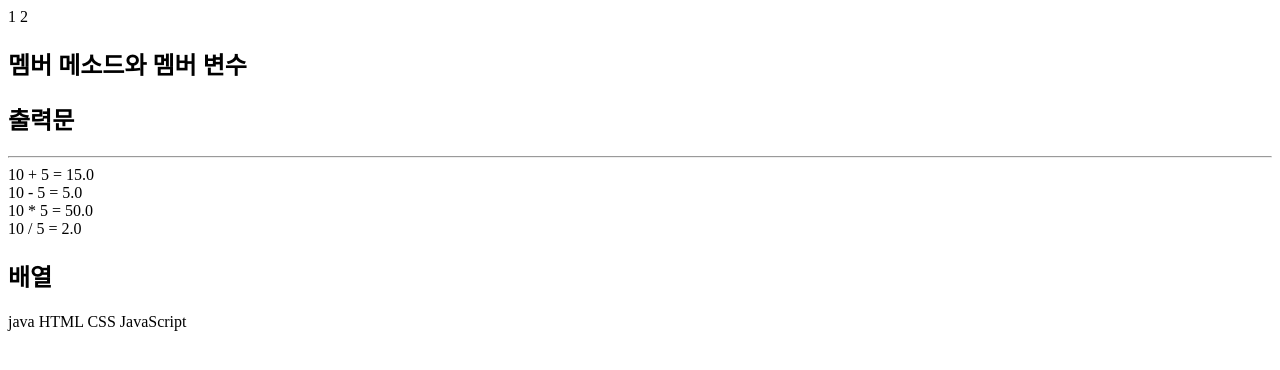
Repository: tldnwkd/jspclass2026
Page: http://localhost/chapter01/test04.jsp
An editor plug-in stored every save of this project. The page is shown before and after the next save, followed by the edit.
The browser window is 1280 px wide. The pictures show the whole page.
The page is served by Tomcat 9.

Above is the page before, as saved 2026-10-16 03:10:05.

### chapter01/src/main/webapp/test04.jsp
<%@ page language="java" contentType="text/html; charset=UTF-8"
    pageEncoding="UTF-8" import="java.util.*"%>
<!DOCTYPE html>
<html>
<head>
<meta charset="UTF-8">
<title>Insert title here</title>
</head>
<body>
 <!-- 선언문 작성하는 방법 -->
 <!-- 선언문을 통해 작성한 메소드,변수는 멤버변수,멤버메소드가 된다. -->
 <%! public void inCremment(){}; %>
 <!-- 아래 선언문은 전역변수 또는 멤버변수이다. -->
 <%! int i= 1; %>
 <%= i %>
 <!-- 아래 스크립트릿은 지역변수가 된다. -->
 <% int i =2; %>
 <%= i %>
 <h2> 멤버 메소드와 멤버 변수</h2>
 <%!
 	String str = "선언 예제";
 	/* 연산자 처리 메소드 생성 */
 	public double cal(double num1, double num2, String op){
 		double result = 0.0;
 		if(op.equals("+")){
 			result = num1+num2;
 		}else if(op.equals("-")){
 			result = num1-num2;
 		}else if(op.equals("*")){
 			result = num1*num2;
 		}else{
 			result = num1/num2;
 		}
 		return result;
 	}
 %>
 <h2>출력문</h2>
 <hr>
 10 + 5 = <%=cal(10,5,"+")%><br/>
 10 - 5 = <%=cal(10,5,"-")%><br/>
 10 * 5 = <%=cal(10,5,"*")%><br/>
 10 / 5 = <%=cal(10,5,"/")%><br/>
 <!-- 배열 -->
 <h2>배열</h2>
 <%
 	String arr[] = {"java","HTML","CSS","JavaScript"};
 	for(int j=0; j<arr.length; j++){
 		/* 표현식 스크립트릿을 사용하지 않고 브라우저로 출력하는 방법 */
 		out.println(arr[j]);
 	}
 %>
</body>
</html>

After the next save:
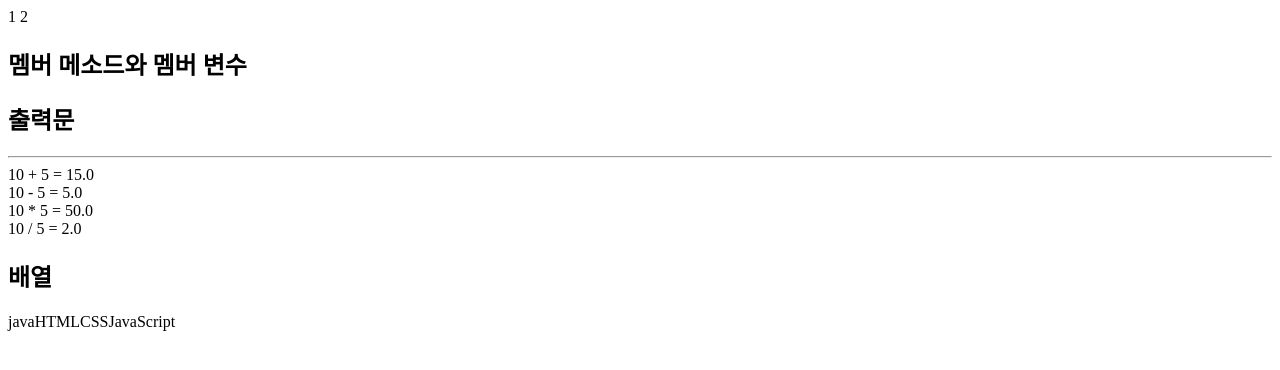
Saved 63 s later.
--- a/chapter01/src/main/webapp/test04.jsp
+++ b/chapter01/src/main/webapp/test04.jsp
@@ -46,7 +46,7 @@
  	String arr[] = {"java","HTML","CSS","JavaScript"};
  	for(int j=0; j<arr.length; j++){
  		/* 표현식 스크립트릿을 사용하지 않고 브라우저로 출력하는 방법 */
- 		out.println(arr[j]);
+ 		out.print(arr[j]);
  	}
  %>
 </body>
